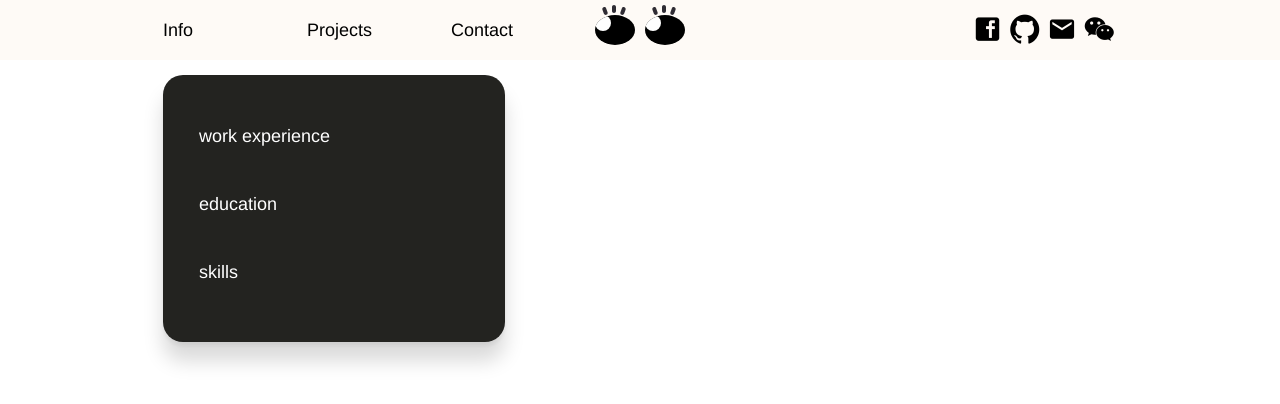
Repository: jinghuai8092/personal_website
Page: /
These files come from the project's save history. The page is drawn as it stood at one moment and after the next save; the edit follows.
The browser window is 1280 px wide. The pictures show the whole page.
The project was rebuilt for these pictures with package versions that can differ from the ones it lists, and the page was loaded fresh each time.

Above is the page before, as saved 2021-09-09 22:37:25.

After the next save:
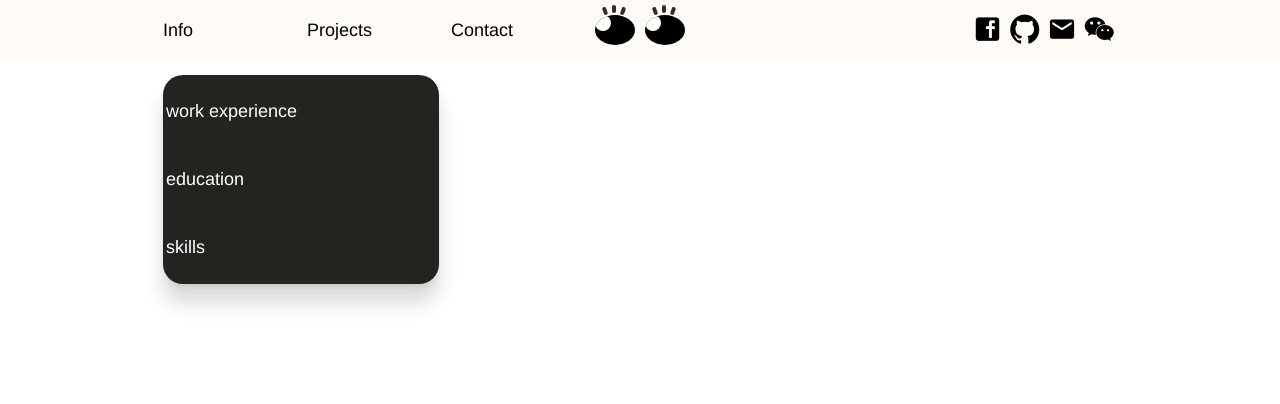
Saved 23 s later.
--- a/src/common/header/header.module.css
+++ b/src/common/header/header.module.css
@@ -85,7 +85,7 @@
 .infoMenu>ul{
     list-style-type: none;
     margin: 0;
-    padding: 1.5em 2em 2em;
+    padding: 2px 3px 3px;
     background: #232320;
     box-shadow: 0 4px 4px rgb(0 0 0 / 6%), 0 19px 20px rgb(0 0 0 / 15%);
     border-radius: 20px;
